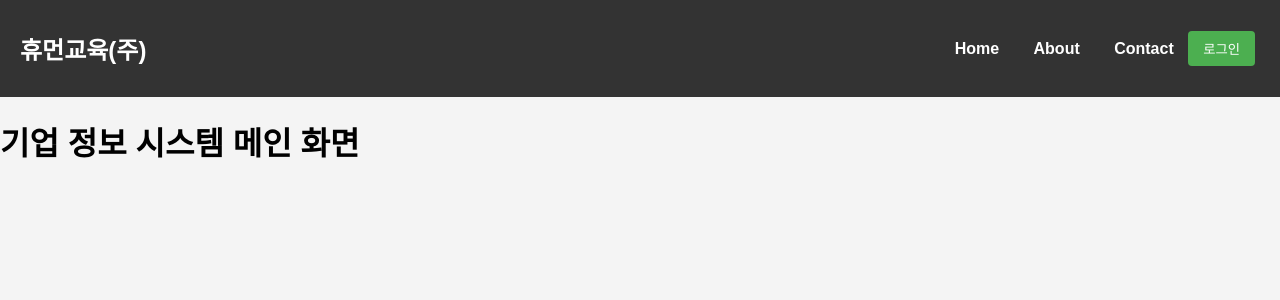
Repository: sieoh/2024html-
Page: http://localhost/jspweb_09/main.jsp
An editor plug-in stored every save of this project. The page is shown before and after the next save, followed by the edit.
The browser window is 1280 px wide. The pictures show the whole page.
The page is served by Tomcat 9. Other server files are loaded and not shown.

Above is the page before, as saved 2024-01-15 02:45:01.

### workspace_sts/jspweb_09/src/main/webapp/main.jsp
<%@ page language="java" contentType="text/html; charset=UTF-8"
    pageEncoding="UTF-8"%>
<!DOCTYPE html>
<html>
<head>
<meta charset="UTF-8">
<title>Insert title here</title>
<style>
    body {
      font-family: Arial, sans-serif;
      margin: 0;
      padding: 0;
      background-color: #f4f4f4;
    }
    .top-menu {
      background-color: #333;
      color: #fff;
      padding: 10px 20px;
      display: flex;
      justify-content: space-between;
      align-items: center;
    }
    .logo {
      font-size: 24px;
      font-weight: bold;
    }
    .login-menu {
      display: flex;
      align-items: center;
    }
    .login-menu li {
        display: inline-block;
        margin: 5px;
    }
    .login-menu a {
      color: #fff;
      text-decoration: none;
      margin-left: 20px;
      font-weight: bold;
    }
    .login-menu button {
      background-color: #4caf50;
      color: #fff;
      border: none;
      padding: 8px 15px;
      border-radius: 4px;
      cursor: pointer;
    }
    .login-menu button:hover {
      background-color: #45a049;
    }
  </style>
</head>
<body>
	<div class="top-menu">
	    <div class="logo">휴먼교육(주)</div>
	    <div class="login-menu">
			<ul>
				<li><a href="#">Home</a></li>
				<li><a href="#">About</a></li>
				<li><a href="#">Contact</a></li>
				<li><button onclick="showLoginModal()">로그인</button></li>
			</ul>
	    </div>
	</div>
	<h1>기업 정보 시스템 메인 화면</h1>

</body>
</html>

After the next save:
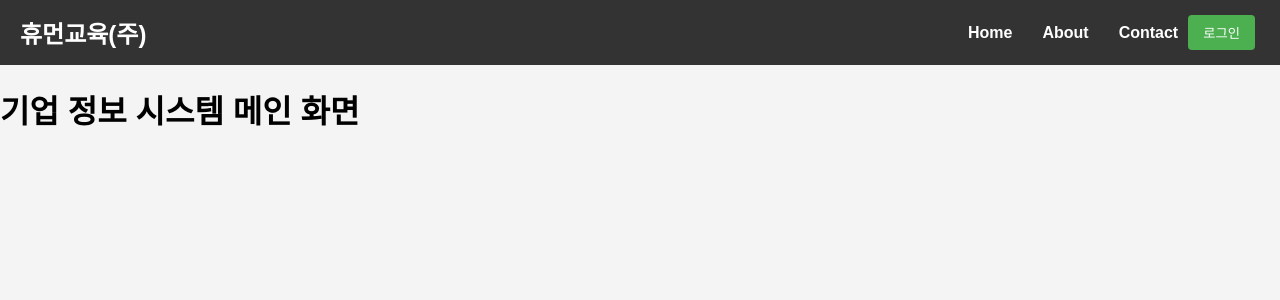
Saved 42 s later.
--- a/workspace_sts/jspweb_09/src/main/webapp/main.jsp
+++ b/workspace_sts/jspweb_09/src/main/webapp/main.jsp
@@ -55,12 +55,12 @@
 	<div class="top-menu">
 	    <div class="logo">휴먼교육(주)</div>
 	    <div class="login-menu">
-			<ul>
+
 				<li><a href="#">Home</a></li>
 				<li><a href="#">About</a></li>
 				<li><a href="#">Contact</a></li>
 				<li><button onclick="showLoginModal()">로그인</button></li>
-			</ul>
+
 	    </div>
 	</div>
 	<h1>기업 정보 시스템 메인 화면</h1>
